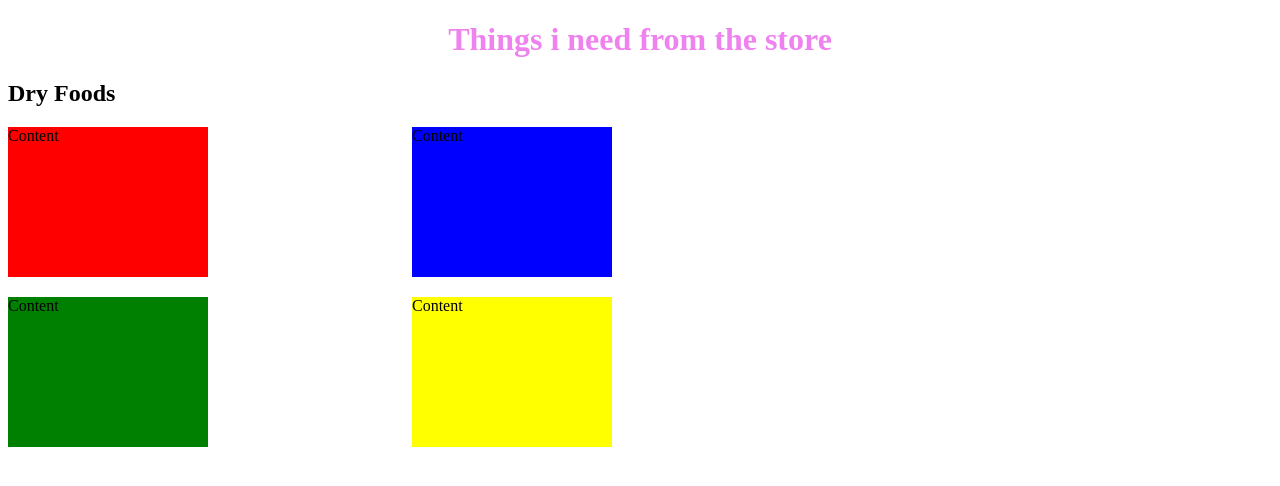
Repository: TheTroyPhillips/Block14
Page: Coursework/Block06/index.html
The author's editor kept a copy of each file at every save. The page is drawn from the files as they stood at one save, then again after the next save.
The browser window is 1280 px wide. The pictures show the whole page.

Above is the page before, as saved 2023-08-29 17:27:01.

### Coursework/Block06/index.html
<!DOCTYPE html>
<html lang="en">
<head>
    <meta charset="UTF-8">
    <meta name="viewport" content="width=device-width, initial-scale=1.0">
    <title>Troy's Grocery List</title>
    <link rel="stylesheet" href="styles.css">
</head>
<body>
    <h1> Things i need from the store</h1>
    <h2> Dry Foods</h2>
      <div class="Box Red"> Content </div>
      <div class="Box Blue"> Content </div>
    <h2></h2>
      <div class="Box Green"> Content </div>
      <div class="Box Yellow"> Content </div>




</body>
</html>

### Coursework/Block06/styles.css
h1 {
    color: violet;
    text-align: center;
}
h2 {
    margin-top: ;
}
.Box{
    width: 200px;
    height:150px;
    color: black;
    display: inline-block;
    margin-right: 200px;
    margin-left: ;
}
.Red{
    background-color: red;
}
.Blue{
    background-color: blue;
}
.Green{
    background-color: green;
}
.Yellow{
    background-color: yellow;
}

After the next save:
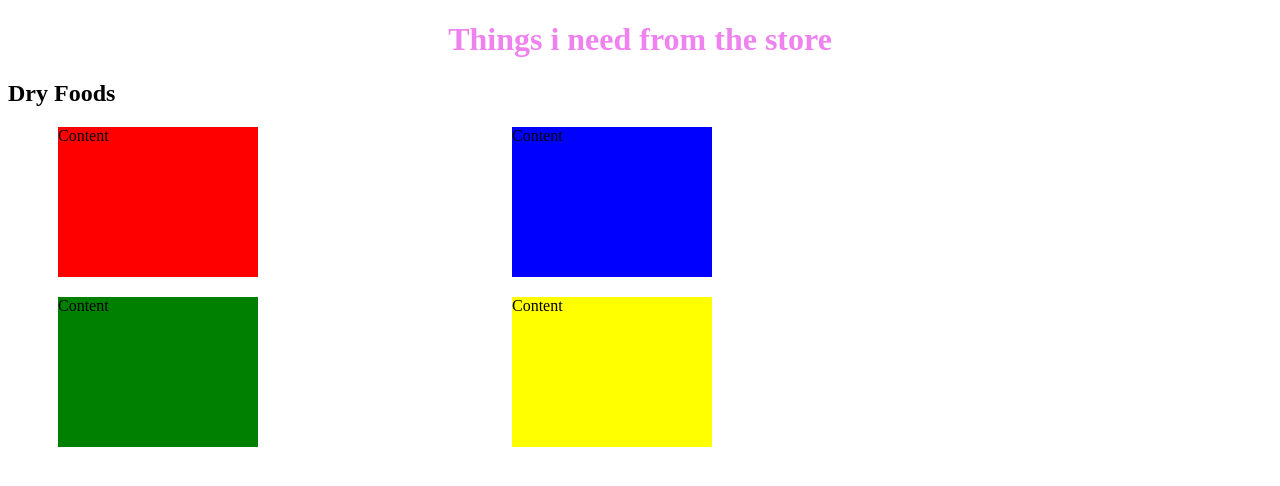
Saved 5 s later.
--- a/Coursework/Block06/styles.css
+++ b/Coursework/Block06/styles.css
@@ -11,7 +11,7 @@ h2 {
     color: black;
     display: inline-block;
     margin-right: 200px;
-    margin-left: ;
+    margin-left: 50px;
 }
 .Red{
     background-color: red;
